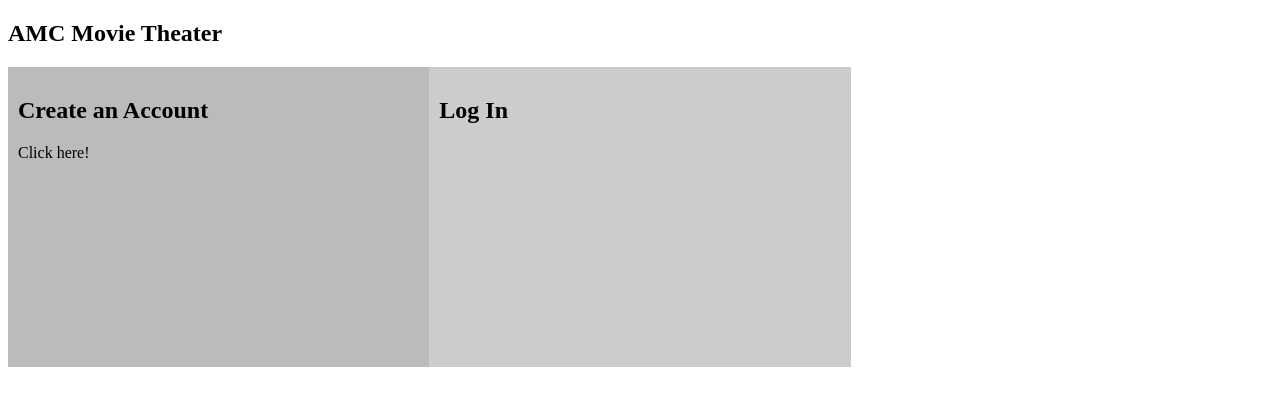
Repository: TagninaShama/CoreJavaJune2020
Page: http://localhost/FinalProject/
An editor plug-in stored every save of this project. The page is shown before and after a run of saves, followed by the edit.
The browser window is 1280 px wide. The pictures show the whole page.
The page is served by Tomcat 9.

Above is the page before, as saved 2019-11-24 18:30:50.

After the next 2 saves:
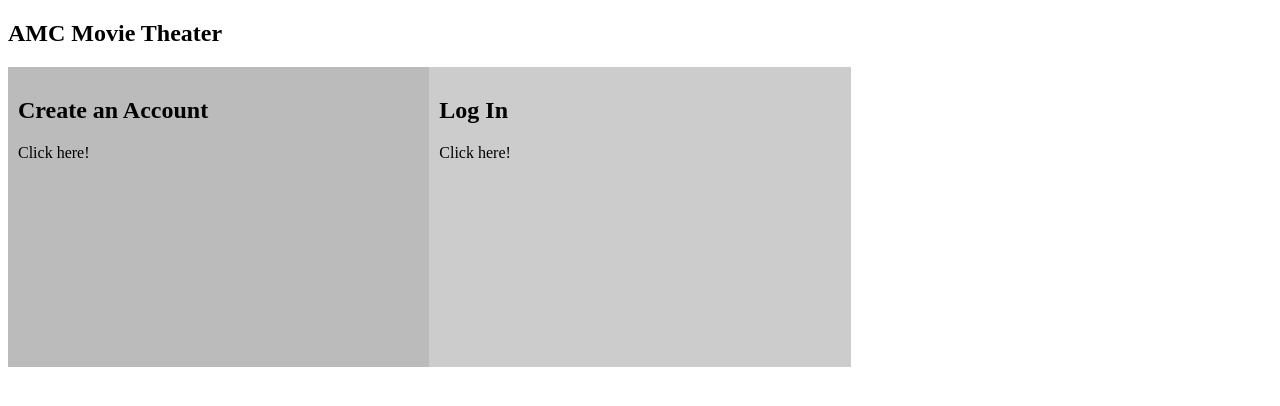
The 2 saves are shown as one change because 1 did not build or start.
The last was saved 2 min 8 s later.
--- a/FinalProject/WebContent/index.jsp
+++ b/FinalProject/WebContent/index.jsp
@@ -32,18 +32,22 @@
 <div class="row">
 
 <script>
-function myFunction() {
+function Account() {
   location.replace("addAccountForm")
 }
+function LogIn() {
+	  location.replace("LogIn.jsp")
+	}
 </script>
 
   </div>
   <div class="column" style="background-color:#bbb;">
     <h2>Create an Account</h2>
-    <text onclick="myFunction()"> Click here!</text>
+    <text onclick="myAccount()"> Click here!</text>
   </div>
   <div class="column" style="background-color:#ccc;">
     <h2>Log In </h2>
+    <text onclick="LogIn()"> Click here!</text>
   </div>
 </div>
 
